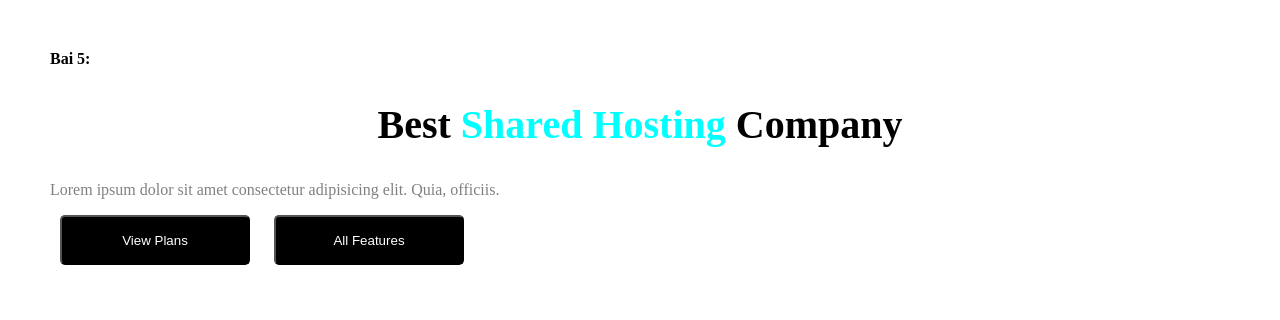
Repository: truongtn04/f8-fullstack-k5
Page: day03/ex05.html
These files come from the project's save history. The page is drawn as it stood at one moment and after the next save; the edit follows.
The browser window is 1280 px wide. The pictures show the whole page.

Above is the page before, as saved 2023-11-27 14:55:03.

After the next save:
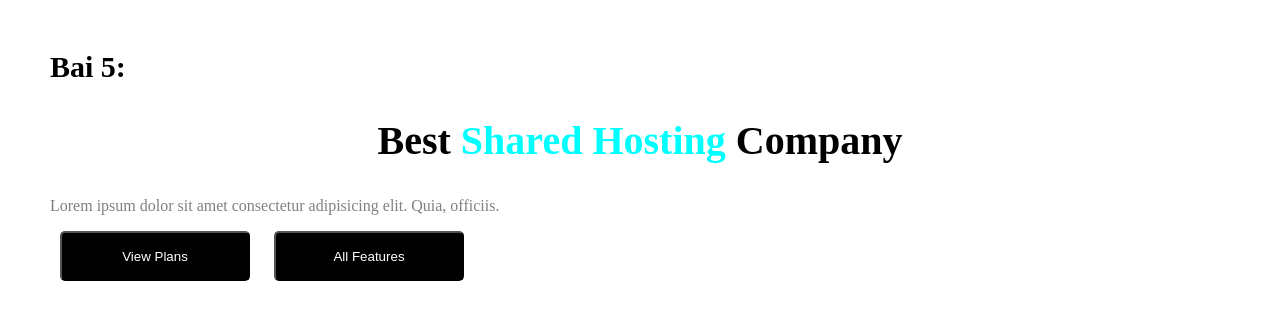
Saved 19 s later.
--- a/day03/css/ex05.css
+++ b/day03/css/ex05.css
@@ -1,5 +1,8 @@
 body{
      margin: 50px 50px;
+}
+b{
+    font-size: 30px;
 }
 h1{
     font-size: 40px;
